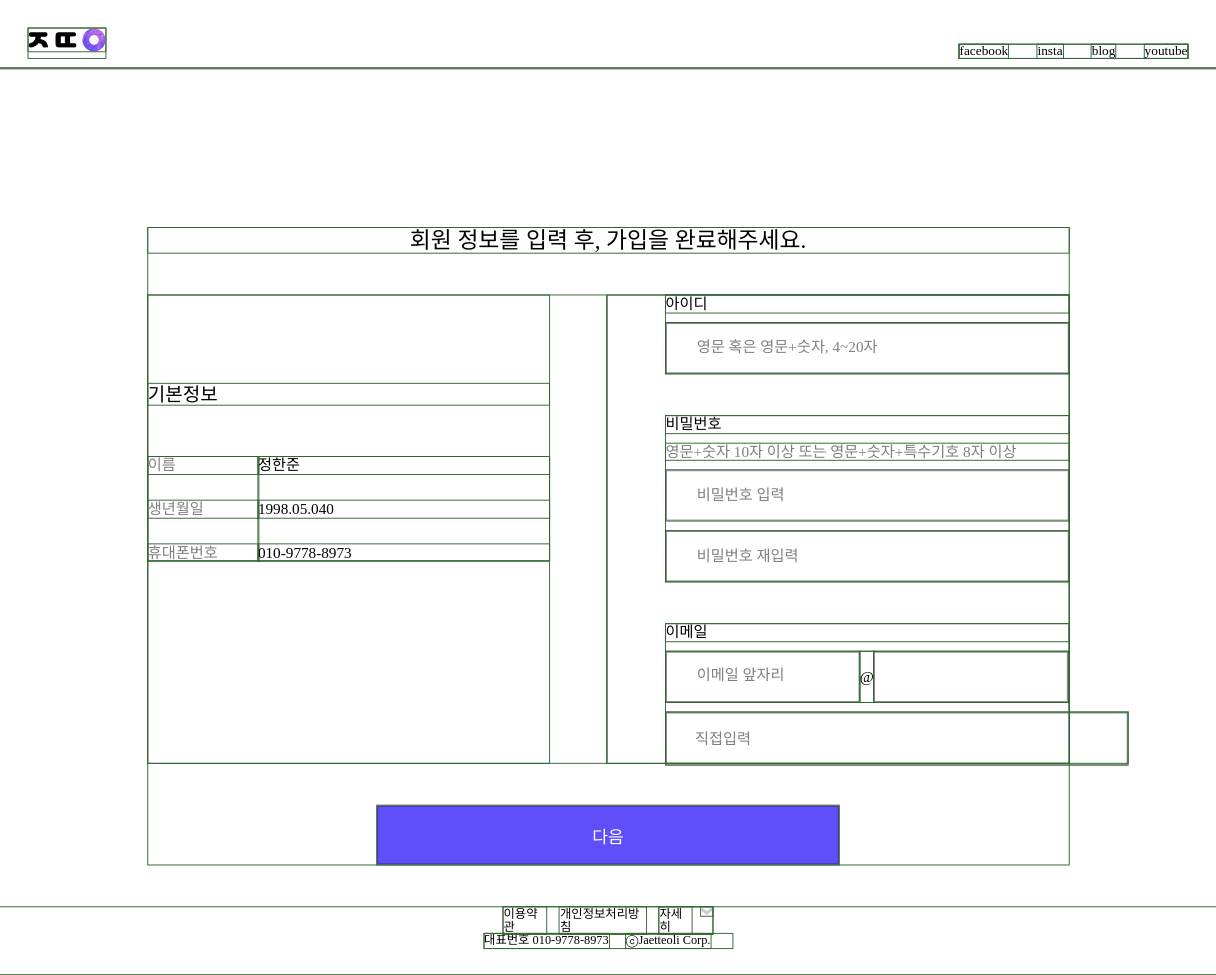
Repository: raoniee/Jaetteoli-React-Project
Page: /signup/begin
An editor plug-in stored every save of this project. The page is shown before and after the next save, followed by the edit.
The browser window is 1280 px wide. The pictures show the whole page, at 95% of full size.
Some web fonts or font styles are not loaded; a fallback is used. The project was rebuilt for these pictures with package versions that can differ from the ones it lists, and the page was loaded fresh each time. Also part of the build but not shown: src/component/main/ManageReview.module.css, src/component/main/ReviewContainer.module.css, src/component/main/ReviewItem.module.css, src/component/main/ReviewItem.js, src/component/main/ReviewContainer.js, src/component/sidebar/SideBar.module.css, src/component/sidebar/SideBar.js, src/component/main/ManageReview.js and 53 more.

Above is the page before, as saved 2023-07-06 22:04:01.

### public/index.html
<!DOCTYPE html>
<html lang="en">
<script src="//t1.daumcdn.net/mapjsapi/bundle/postcode/prod/postcode.v2.js"></script>
<head>
  <meta charset="utf-8" />
  <link rel="icon" href="%PUBLIC_URL%/favicon.ico" />
  <meta name="viewport" content="width=device-width, initial-scale=1" />
  <meta name="theme-color" content="#000000" />
  <meta name="description" content="Web site created using create-react-app" />
  <link rel="apple-touch-icon" href="%PUBLIC_URL%/logo192.png" />
  <link rel="manifest" href="%PUBLIC_URL%/manifest.json" />
  <title>재떨이</title>
</head>

<body>
  <div id="overlays"></div>
  <div id="root"></div>
</body>

</html>

### src/App.js
import Header from "./component/header/Header";
import ManageReview from "./component/main/ManageReview";
import TodayMenu from "./component/main/TodayMenu";
import TodayOrder from "./component/main/TodayOrder";
import ManageSale from "./component/main/ManageSale";

// Membership
import MembershipStart from "./component/memberShip/MembershipStart";
import MembershipInformation from "./component/memberShip/MembershipInformation";
import MembershipEnd from "./component/memberShip/MembershipEnd";

// login
import LoginStart from "./component/login/LoginStart";
import IDSearch from "./component/login/IDSearch";
import IDShow from "./component/login/IDShow";
import PasswordNew from "./component/login/PasswordNew";

import Regist1 from "./component/register/Regist1";
import Regist2 from "./component/register/Regist2";
import Regist3 from "./component/register/Regist3";

import { RouterProvider, createBrowserRouter } from "react-router-dom";
import SideBar from "./component/sidebar/SideBar";
import Home from "./component/home/Home";

const router = createBrowserRouter([
  { path: "/", element: <Home /> },
  // Membership
  { path: "/signup/agree", element: <MembershipStart /> },
  { path: "/signup/begin", element: <MembershipInformation /> },
  { path: "/signup/complete", element: <MembershipEnd /> },
  // login
  { path: "/login", element: <LoginStart /> },
  { path: "/help", element: <IDSearch /> },
  { path: "/help/complete", element: <IDShow /> },
  { path: "/help/new-pw", element: <PasswordNew /> },
  //
  { path: "/today/menu", element: <TodayMenu /> },
  { path: "/today/order", element: <TodayOrder /> },
  { path: "/review", element: <ManageReview /> },
  { path: "/sales", element: <ManageSale /> },
  { path: "/register/store", element: <Regist1 /> },
  { path: "/register/menu", element: <Regist2 /> },
  { path: "/register/origin", element: <Regist3 /> },
]);

function App() {
  return <RouterProvider router={router} />;
}

export default App;

### src/store/index.js
import React from 'react';
import { configureStore } from '@reduxjs/toolkit';
import authReducer from './auth'

export default configureStore({
    reducer: {
        auth: authReducer
    },
})

### src/component/header/Header.js
import Nav from './Nav';
import style from './Header.module.css'
import logo from '../../assets/images/logo.png'

const Header = () => {
    return (
        <header>
            <div className={style.logo}>
                <img className={style.logoImg} src={logo}></img>
            </div>
            <Nav />
        </header>
    )
}

export default Header;

### src/component/memberShip/MembershipInformation.jsx
import React from "react";
import Footer from "../footer/Footer";
import Header from "../header/Header";
import style from "./MembershipInformation.module.css";

export default function MembershipInformation() {
  return (
    <div className={style.container}>
      <Header />
      <div className={style.MembershipInformation}>
        <span className={style.title}>
          회원 정보를 입력 후, 가입을 완료해주세요.
        </span>

        <div className={style.wrap}>
          <div className={style.left}>
            <p>기본정보</p>
            <div className={style.profile}>
              <ul className={style.profile_left}>
                <li>이름</li>
                <li>생년월일</li>
                <li>휴대폰번호</li>
              </ul>
              <ul className={style.profile_right}>
                <li>정한준</li>
                <li>1998.05.040</li>
                <li>010-9778-8973</li>
              </ul>
            </div>
          </div>

          <div className={style.right}>
            <form action="" className={style.ID}>
              <label htmlFor="">아이디</label>
              <input type="text" placeholder="영문 혹은 영문+숫자, 4~20자" />
            </form>

            <form action="" className={style.PASSWORD}>
              <label htmlFor="">비밀번호</label>
              <label htmlFor="">
                영문+숫자 10자 이상 또는 영문+숫자+특수기호 8자 이상
              </label>
              <input type="password" placeholder="비밀번호 입력" />
              <input type="password" placeholder="비밀번호 재입력" />
            </form>

            <form action="" className={style.EMAIL}>
              <label htmlFor="">이메일</label>
              <div className={style.email_input}>
                <input type="text" placeholder="이메일 앞자리" />
                <label>@</label>
                <input type="text" />
              </div>
              <ul className={style.email_link}>
                <li>직접입력</li>
              </ul>
            </form>
          </div>
        </div>

        <button className={style.bluebutton}>다음</button>
      </div>
      <Footer />
    </div>
  );
}

### src/store/auth.js
import { createSlice } from '@reduxjs/toolkit';

const initialStateValue = { jwt: '', name: '', firstLogin: 1, menuRegister: 1 }

export const authSlice = createSlice({
    name: "auth",
    initialState: { value: { jwt: '', name: '', firstLogin: 1, menuRegister: 1 } },
    reducers: {
        login: (state, action) => {
            state.value = action.payload
        },
        logout: (state) => {
            state.value = initialStateValue
        }
    },
});

export default authSlice.reducer;
export const { login, logout } = authSlice.actions;

### src/component/header/Nav.js
import style from './Nav.module.css'

const Nav = () => {
    return(
        <nav className={style.nav}>
            <ul className={style.navList}>
                <li>facebook</li>
                <li>insta</li>
                <li>blog</li>
                <li>youtube</li>
            </ul>
        </nav>
    )
}

export default Nav;

### src/component/header/Header.module.css
header {
    font-family: "Pretendard-SemiBold";
    width: 100%;
    height: 72px;
    display: flex;
    align-items: flex-end;
    justify-content: space-between;
    padding: 10px 30px;
    box-sizing: border-box;
    position: fixed;
    top: 0;
    left: 0;
    background-color: white;
    z-index: 1;
    border-bottom: 1px solid black;
}

.logoImg {
    width: 81px;
    height: 24px;
    margin-bottom: 4px;
}

### src/component/footer/Footer.jsx
import React from "react";
import style from "./Footer.module.css";
import { ReactComponent as ArrowDown } from '../../assets/images/arrow_down.svg'

export default function Footer() {
  return (
    <footer>
      <ul className={style.top}>
        <li>이용약관</li>
        <li>개인정보처리방침</li>
        <li>
          <p>자세히</p>
          <ArrowDown></ArrowDown>
        </li>
      </ul>
      <ul className={style.bottom}>
        <li>대표번호 010-9778-8973</li>
        <li>ⓒJaetteoli Corp.</li>
      </ul>
    </footer>
  );
}

### src/component/memberShip/MembershipInformation.module.css
.container {
  display: flex;
  flex-direction: column;
}

.MembershipInformation {
  margin: 0 auto;
  margin-top: 240px;
  margin-bottom: 45px;
}

.title {
  display: block;
  text-align: center;
  font-weight: 300;
  font-size: 24px;
  line-height: 26.4px;
  margin-bottom: 45px;
}

.wrap {
  display: flex;
  width: 969px;
  margin-bottom: 45px;
}

.left {
  padding-top: 93px;
  width: 422px;
  margin-right: 61px;
}

.left p {
  font-weight: 300;
  font-size: 20px;
  line-height: 22px;
  margin-bottom: 55px;
}

.left .profile {
  display: flex;

  font-weight: 300;
  font-size: 16px;
  line-height: 17.6px;
}

.left .profile_left {
  display: flex;
  flex-direction: column;
  gap: 28px;
  color: rgba(0, 0, 0, 0.5);

  width: 116px;
}

.left .profile_right {
  display: flex;
  flex-direction: column;
  gap: 28px;

  width: 306px;
}

.right {
  width: 486px;
  padding-left: 61px;
  font-weight: 300;
  font-size: 16px;
  line-height: 17.6px;
  border-left: 1px solid rgba(0, 0, 0, 0.5);
}

.right input {
  height: 53px;
  border: 1px solid rgba(0, 0, 0, 0.5);
}

.right input::placeholder {
  font-weight: 300;
  font-size: 16px;
  line-height: 17.6px;
  color: rgba(0, 0, 0, 0.5);
  padding-left: 30px;
}

.right .ID {
  display: flex;
  flex-direction: column;
  gap: 11px;
  margin-bottom: 45px;
}

.right .PASSWORD {
  display: flex;
  flex-direction: column;
  gap: 11px;
  margin-bottom: 45px;
}

.right .PASSWORD label:nth-child(2) {
  color: rgba(0, 0, 0, 0.5);
}

.right .EMAIL {
  display: flex;
  flex-direction: column;
  gap: 11px;
}

.right .EMAIL .email_input {
  display: flex;
  justify-content: space-between;
}

.right .EMAIL .email_input input {
  width: 217px;
}

.right .EMAIL .email_input label {
  line-height: 53px;
}

.right .EMAIL .email_link {
  width: 486px;
  height: 53px;
}

.right .EMAIL .email_link li {
  width: inherit;
  padding-left: 30px;
  border: 1px solid rgba(0, 0, 0, 0.5);
  line-height: 53px;
  color: rgba(0, 0, 0, 0.5);
}

.bluebutton {
  display: block;
  margin: 0 auto;
  width: 486px;
  height: 62px;
  background-color: rgba(96, 78, 248, 1);
  border: 1px solid rgba(0, 0, 0, 0.5);
  color: rgba(255, 255, 255, 1);
}

### src/component/header/Nav.module.css
.nav {
    font-family: "Pretendard-Regular";
    font-size: 14px;
}

.navList {
    width: 240px;
    display: flex;
    justify-content: space-between;
}

### src/component/memberShip/AgreeAlert.module.css
* {
  font-family: "Fira Sans";
  box-sizing: border-box;
}

.wrap {
  position: absolute;
  top: 50%;
  left: 50%;
  transform: translate(-50%, -50%);
  width: 771px;
  height: 568px;
}

.top {
  display: flex;
  justify-content: space-between;
  background-color: #604ef8;
  height: 55.8px;
}

.top .title {
  font-weight: 500;
  font-size: 14px;
  line-height: 55.8px;
  color: #ffffff;
  margin-left: 31px;
}

.top .close {
  margin-top: 22px;
  margin-right: 32px;
  cursor: pointer;
}

.middle {
  background: white;
  padding: 20px 30px;
}

.middle .information ul {
  display: flex;
  margin-bottom: 15px;
}

.middle .information ul li {
  font-weight: 500;
  font-size: 13px;
  line-height: 15.6px;
}

.middle .information ul li:nth-child(1) {
  flex-grow: 15;
}
.middle .information ul li:nth-child(2) {
  text-align: right;
  flex-grow: 1;
}
.middle .information ul li:nth-child(3) {
  text-align: right;
  flex-grow: 1;
}

.middle .information p {
  padding: 10px 7px;
  height: 360.97px;
  font-weight: 400;
  font-size: 11px;
  line-height: 13.2px;
  border: 1px solid #dadada;
  overflow-y: scroll;
}

.bottom {
  position: relative;
  height: 82px;
  background-color: #f6f6f6;
}

.bottom button {
  position: absolute;
  bottom: 21px;
  right: 30.5px;
  width: 97.5px;
  height: 31px;
  border: 1px solid #604ef8;
  border-radius: 5px;
  cursor: pointer;
}

### src/component/footer/Footer.module.css
* {
  outline: 1px solid #363;
}

footer {
  height: 71px;
  font-weight: 300;
  font-size: 13px;
  line-height: 14.3px;
}

footer ul {
  display: flex;
}

.top {
  width: 220px;
  gap: 14px;
  margin: 0 auto;
}

.top li {
  display: flex;
}

.top li p {
  margin-right: 10px;
}

.bottom {
  width: 261px;
  gap: 18px;
  margin: 0 auto;
}

### src/component/home/Login.module.css
.btnContainer {
    width: 276px;
    height: 48px;
    display: flex;
    justify-content: space-around;
}

button {
    width: 114px;
    height: 48px;
    border: 2px solid #604EF8;
    font-family: 'Pretendard-Regular';
    font-size: 18px;
}

.login {
    background-color: white;

}

.signup {
    background-color: #604EF8;
    color: white;
}

Loaded but not shown: src/index.js (common file); src/index.css (common file)

After the next save:
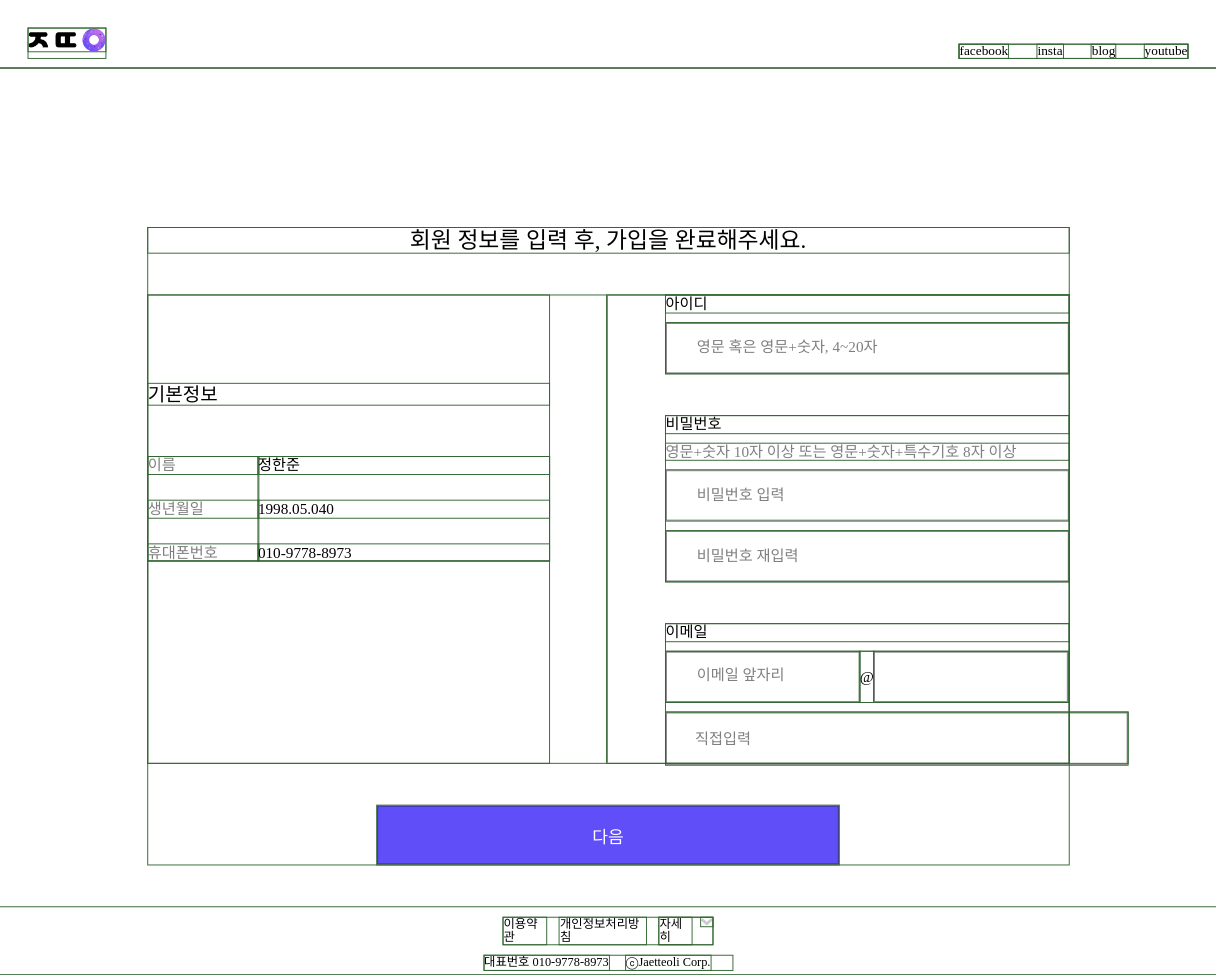
Saved 68 s later.
--- a/src/component/footer/Footer.module.css
+++ b/src/component/footer/Footer.module.css
@@ -17,6 +17,8 @@ footer ul {
   width: 220px;
   gap: 14px;
   margin: 0 auto;
+  margin-top: 11px;
+  margin-bottom: 12px;
 }
 
 .top li {
